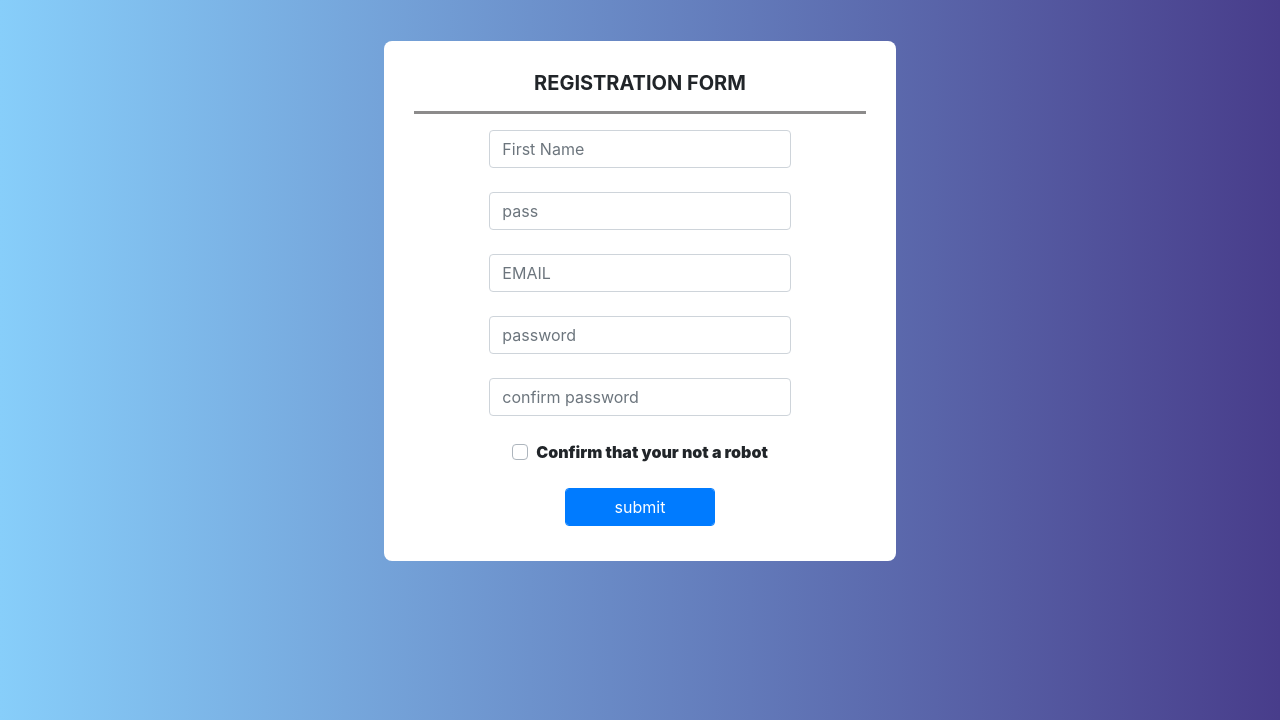
Repository: divyanshAgarwal123/SpringBasic
Page: http://localhost/SpringWebExample/
The author's editor kept a copy of each file at every save. The page is drawn from the files as they stood at one save, then again after the next save.
The browser window is 1280 px wide. The pictures show the whole page.
The page is served by Tomcat 9. Other server files are loaded and not shown.

Above is the page before, as saved 2021-06-07 13:58:21.

### SpringWebExample/src/main/webapp/index.jsp
<html>
<head>
<link rel="stylesheet" href="https://maxcdn.bootstrapcdn.com/bootstrap/4.0.0/css/bootstrap.min.css" integrity="sha384-Gn5384xqQ1aoWXA+058RXPxPg6fy4IWvTNh0E263XmFcJlSAwiGgFAW/dAiS6JXm" crossorigin="anonymous">
<title>Bootstrap Example</title>
  <meta charset="utf-8">
  <meta name="viewport" content="width=device-width, initial-scale=1">
  <link rel="stylesheet" href="https://maxcdn.bootstrapcdn.com/bootstrap/4.3.1/css/bootstrap.min.css">
  <script src="https://ajax.googleapis.com/ajax/libs/jquery/3.4.1/jquery.min.js"></script>
  <script src="https://cdnjs.cloudflare.com/ajax/libs/popper.js/1.14.7/umd/popper.min.js"></script>
  <script src="https://maxcdn.bootstrapcdn.com/bootstrap/4.3.1/js/bootstrap.min.js"></script>

</head>
<body>
<style>
.container {
 padding: 30px;
}
hr.style1{
	border-top: 3px solid #8c8b8b;
}
.grad1 {
  height: 100%;
  background-image:linear-gradient(to right,Lightskyblue,Darkslateblue);
}

</style>
<center>
<div class="grad1">
<div style = "position:relative;top:41px">
<!--<div class="shadow p-3 mb-5 bg-white rounded" style="width:32em;height:520px">-->
<div class="border-0" style="border-radius:8px;height:520px;width:32em;backgrounD:white">
<form>
<div class="container">
<h5 style=""><b>REGISTRATION FORM<b></H5>
<hr class="style1">
<div>
<input type="text" id="ghi"class="form-control col-lg-8"placeholder="First Name" name="user"><br>
<input type="text" id="ghi"class="form-control col-lg-8"placeholder="pass"><br>
<input type="text" id="ghi"class="form-control col-lg-8"placeholder="EMAIL">
</div>
<div>
<br><input type="password" id="jkl"class="form-control col-lg-8"placeholder="password">

<br><input type="password" id="jkl"class="form-control col-lg-8"placeholder="confirm password"><br>
</div>

<div class="custom-control custom-checkbox">
<input type="checkbox" class="custom-control-input" id="customcheck" name="example">
<label class="custom-control-label" style="" for="customcheck">Confirm that your not a robot</label>
</div><br>
<button class="btn btn-primary form-control col-lg-4"> submit </button>

</div>
</div>
</div>
</div>
</div>
</form>
</div>
</center>
</body>
</html>

After the next save:
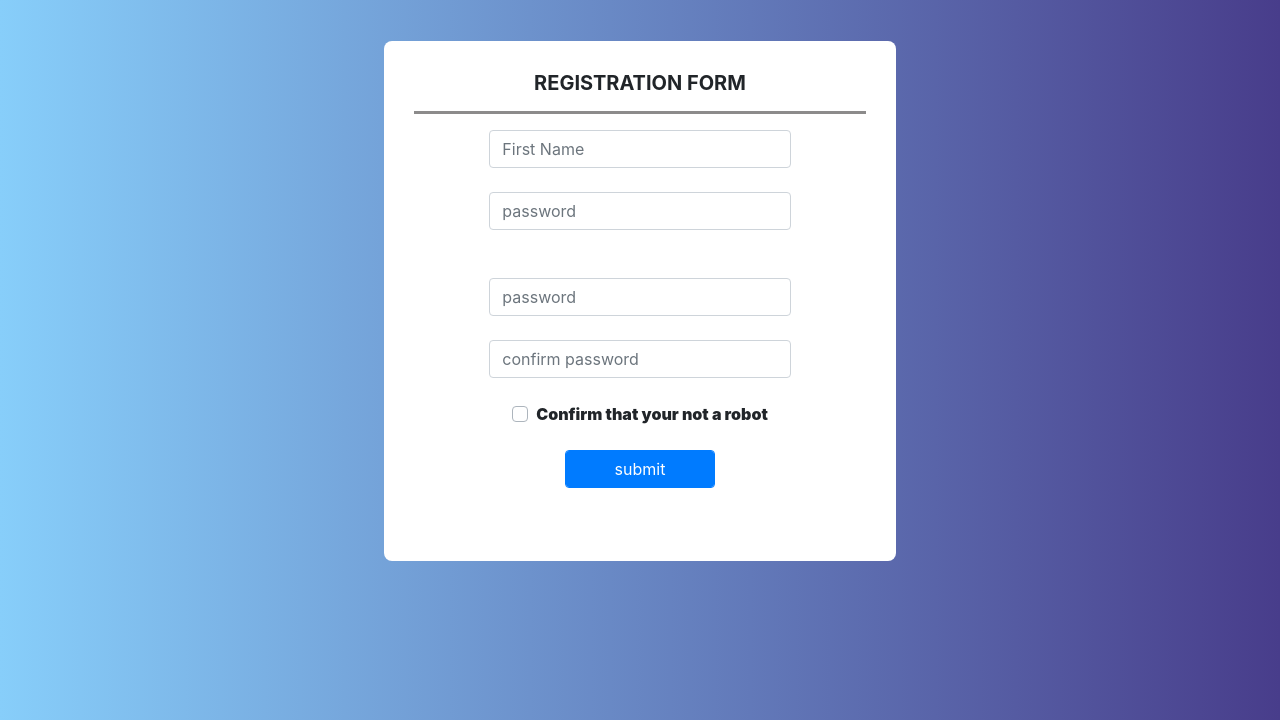
Saved 45 s later.
--- a/SpringWebExample/src/main/webapp/index.jsp
+++ b/SpringWebExample/src/main/webapp/index.jsp
@@ -34,9 +34,8 @@
 <h5 style=""><b>REGISTRATION FORM<b></H5>
 <hr class="style1">
 <div>
-<input type="text" id="ghi"class="form-control col-lg-8"placeholder="First Name" name="user"><br>
-<input type="text" id="ghi"class="form-control col-lg-8"placeholder="pass"><br>
-<input type="text" id="ghi"class="form-control col-lg-8"placeholder="EMAIL">
+<input type="text" class="form-control col-lg-8"placeholder="First Name" name="user"><br>
+<input type="text" class="form-control col-lg-8"placeholder="password" name="pass"><br>
 </div>
 <div>
 <br><input type="password" id="jkl"class="form-control col-lg-8"placeholder="password">

After the save that followed:
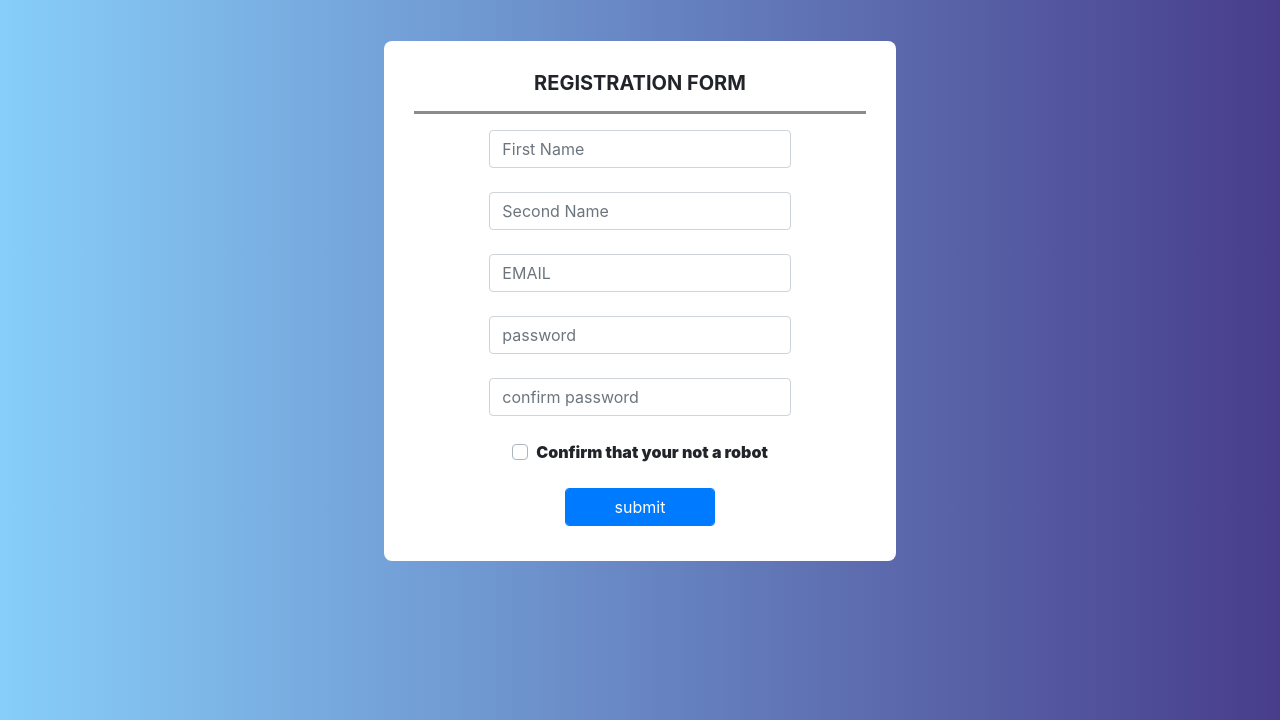
Saved 6 min 53 s later.
--- a/SpringWebExample/src/main/webapp/index.jsp
+++ b/SpringWebExample/src/main/webapp/index.jsp
@@ -29,18 +29,19 @@
 <div style = "position:relative;top:41px">
 <!--<div class="shadow p-3 mb-5 bg-white rounded" style="width:32em;height:520px">-->
 <div class="border-0" style="border-radius:8px;height:520px;width:32em;backgrounD:white">
-<form>
+<form action="hello" method="post">
 <div class="container">
 <h5 style=""><b>REGISTRATION FORM<b></H5>
 <hr class="style1">
 <div>
-<input type="text" class="form-control col-lg-8"placeholder="First Name" name="user"><br>
-<input type="text" class="form-control col-lg-8"placeholder="password" name="pass"><br>
+<input type="text" class="form-control col-lg-8"placeholder="First Name" name="user1"><br>
+<input type="text" class="form-control col-lg-8"placeholder="Second Name" name="user2"><br>
+<input type="text" class="form-control col-lg-8"placeholder="EMAIL" name="email">
 </div>
 <div>
-<br><input type="password" id="jkl"class="form-control col-lg-8"placeholder="password">
+<br><input type="password" class="form-control col-lg-8"placeholder="password" name="pass2">
 
-<br><input type="password" id="jkl"class="form-control col-lg-8"placeholder="confirm password"><br>
+<br><input type="password" class="form-control col-lg-8"placeholder="confirm password" name="pass1"><br>
 </div>
 
 <div class="custom-control custom-checkbox">
